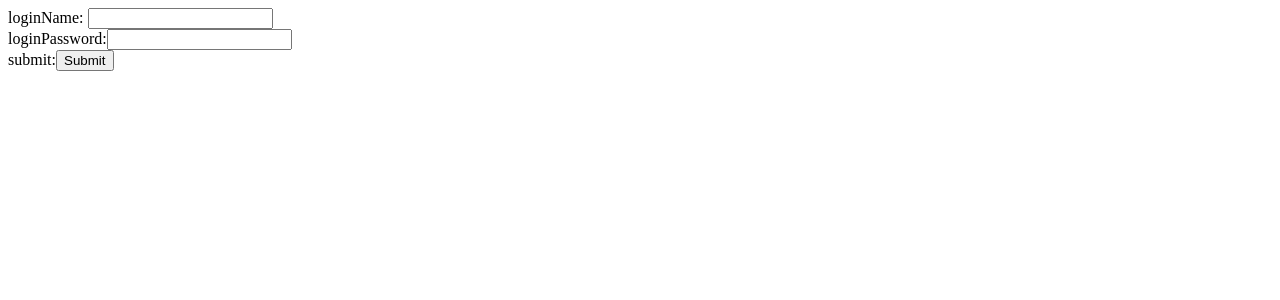
Repository: Ranjithamshivamatta/Java
Page: First_Project/WebContent/demo.html
An editor plug-in stored every save of this project. The page is shown before and after the next save, followed by the edit.
The browser window is 1280 px wide. The pictures show the whole page.

Above is the page before, as saved 2019-04-22 13:02:24.

After the next save:
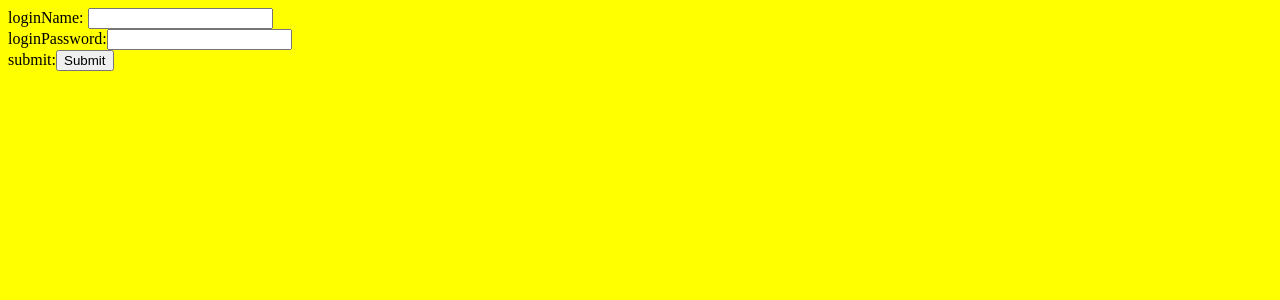
Saved 52 s later.
--- a/First_Project/WebContent/demo.html
+++ b/First_Project/WebContent/demo.html
@@ -4,13 +4,11 @@
 <meta charset="ISO-8859-1">
 <title>Welcome Bridgelabz</title>
 </head>
-<body>
+<body bgcolor="Yellow">
 	<form>
 		loginName: <input type="text" name="loginname"><br>
 		loginPassword:<input type="password" name="password"><br>
 		submit:<input type="submit" name="submit">
-
-
 	</form>
 </body>
 </html>
